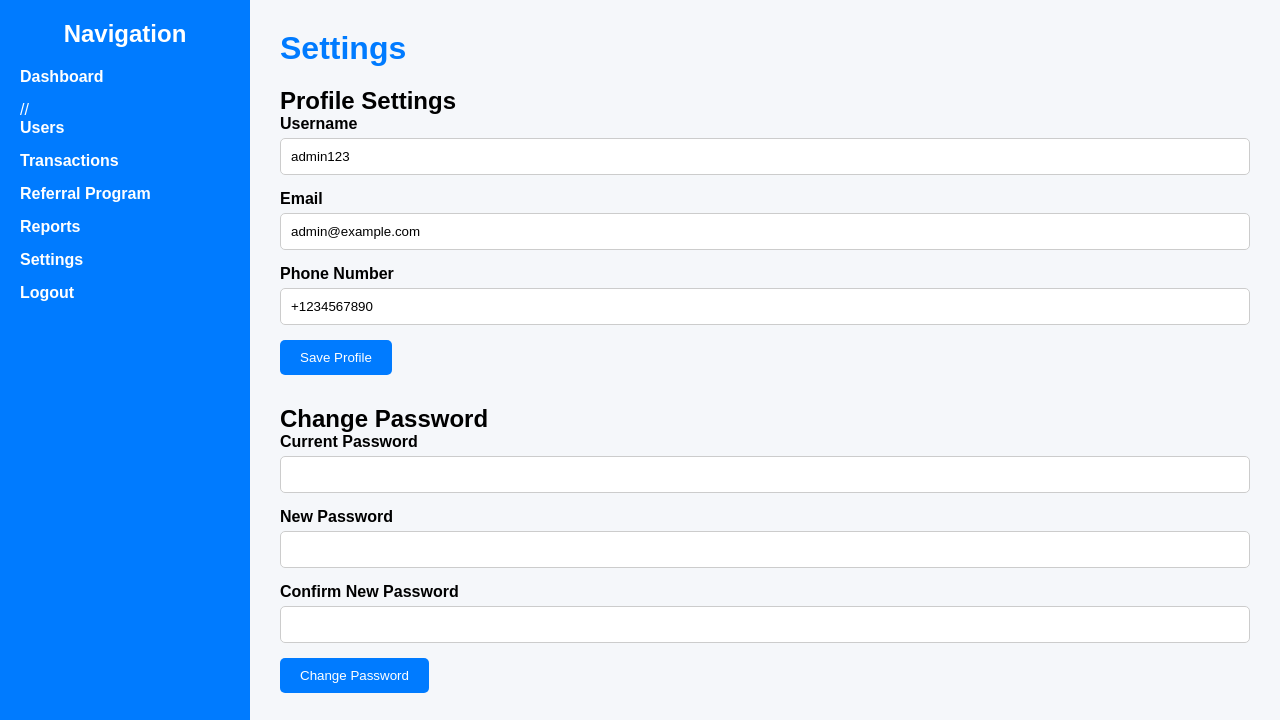
Repository: 2025silverx/slivedrX
Page: setting.html
These files come from the project's save history. The page is drawn as it stood at one moment and after the next save; the edit follows.
The browser window is 1280 px wide. The pictures show the whole page.
An inner scrolling area shows only its first screen.

Above is the page before, as saved 2025-01-05 00:43:33.

After the next save:
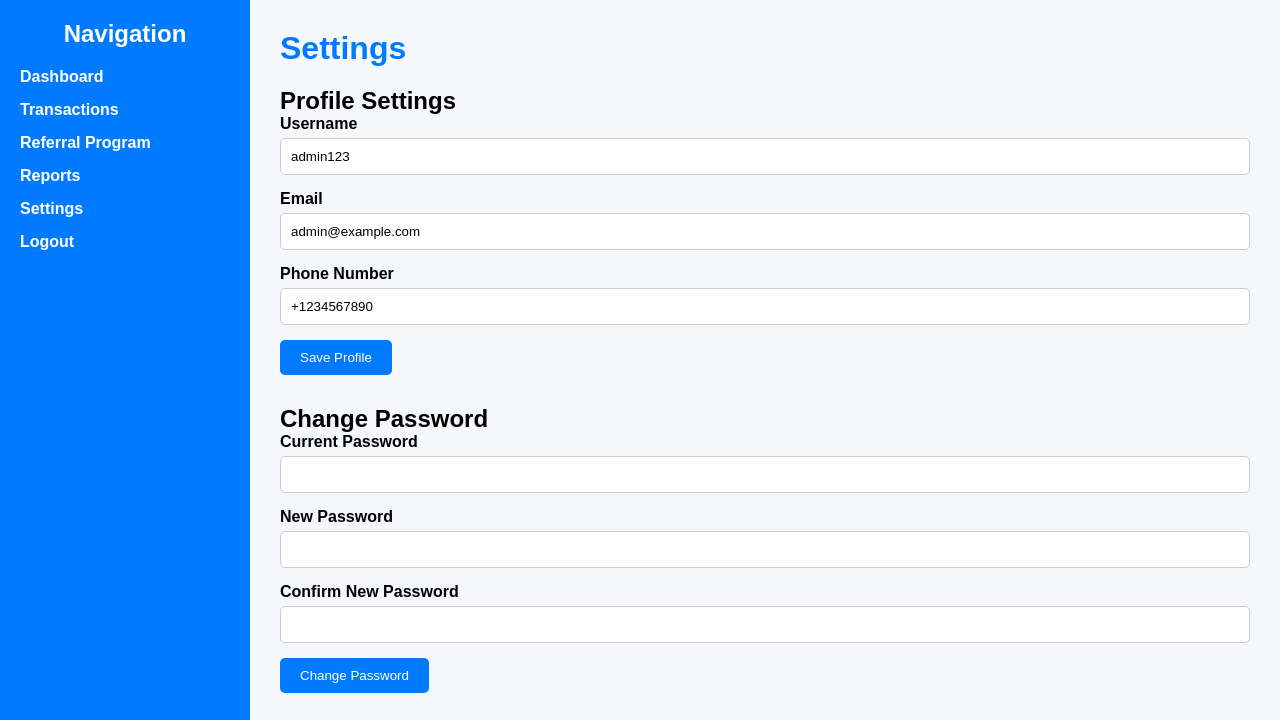
Saved 8 s later.
--- a/setting.html
+++ b/setting.html
@@ -13,7 +13,6 @@
             <h2>Navigation</h2>
             <ul class="sidebar-links">
                 <li><a href="index.html" class="sidebar-link" data-target="dashboard">Dashboard</a></li>
-               // <li><a href="index.html" class="sidebar-link" data-target="users">Users</a></li>
                 <li><a href="index2.html" class="sidebar-link" data-target="transactions">Transactions</a></li>
                 <li><a href="index4.html" class="sidebar-link" data-target="reports">Referral Program</a></li>
                 <li><a href="index5.html" class="sidebar-link" data-target="reports">Reports</a></li>
